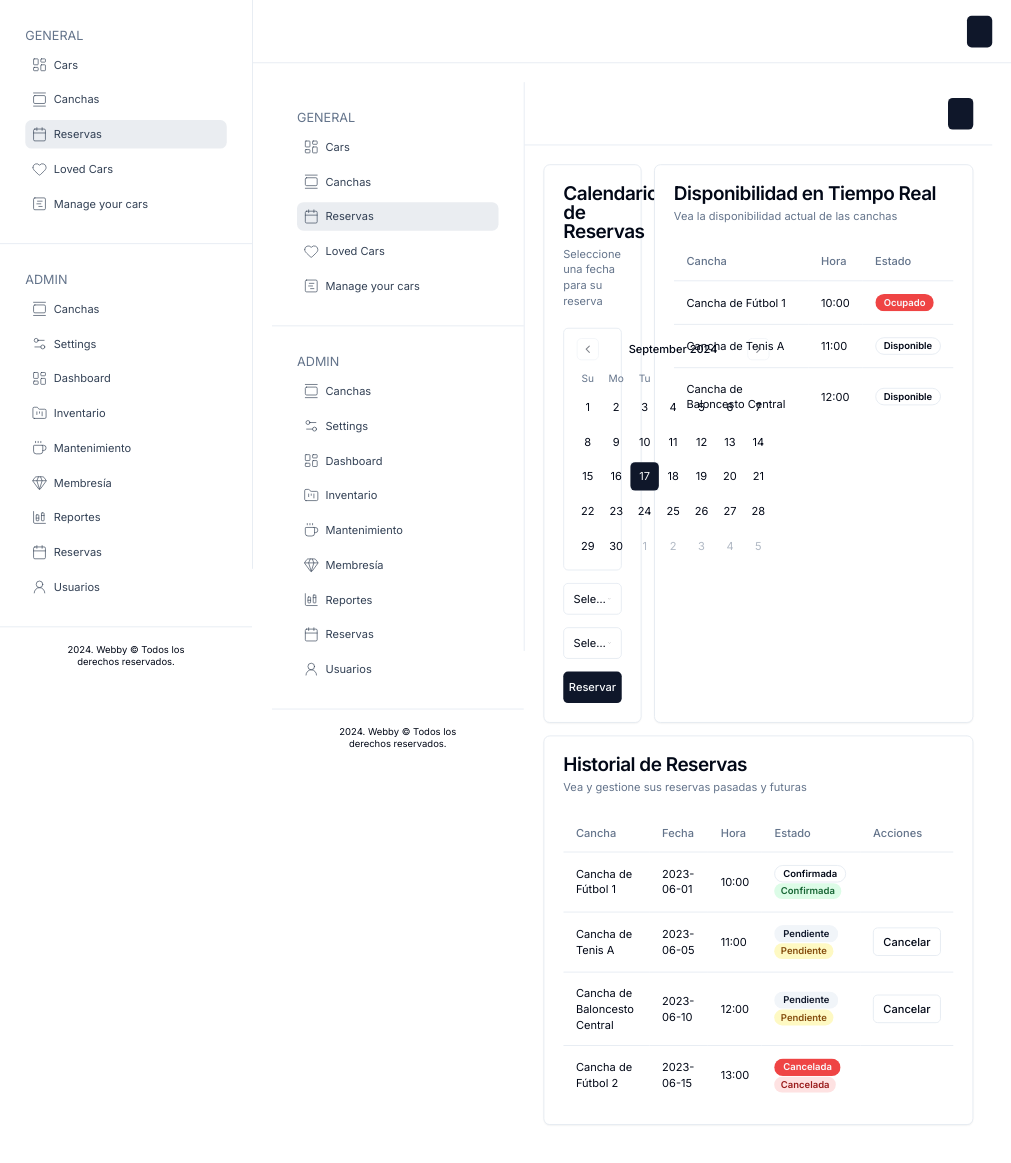
Repository: Jackson-sch/cdeporte
Page: /reservas
These files come from the project's save history. The page is drawn as it stood at one moment and after the next save; the edit follows.
The browser window is 1280 px wide. The pictures show the whole page, at 79% of full size.
The project was rebuilt for these pictures with package versions that can differ from the ones it lists, and the page was loaded fresh each time. The framework's server and built-in components were replaced by stand-ins that run in the browser. Also part of the build but not shown: next.config.mjs, src/components/ui/label.jsx, src/components/ui/input.jsx, src/components/Reservas/HistorialReserva.jsx.

Above is the page before, as saved 2024-09-17 20:19:35.

After the next save:
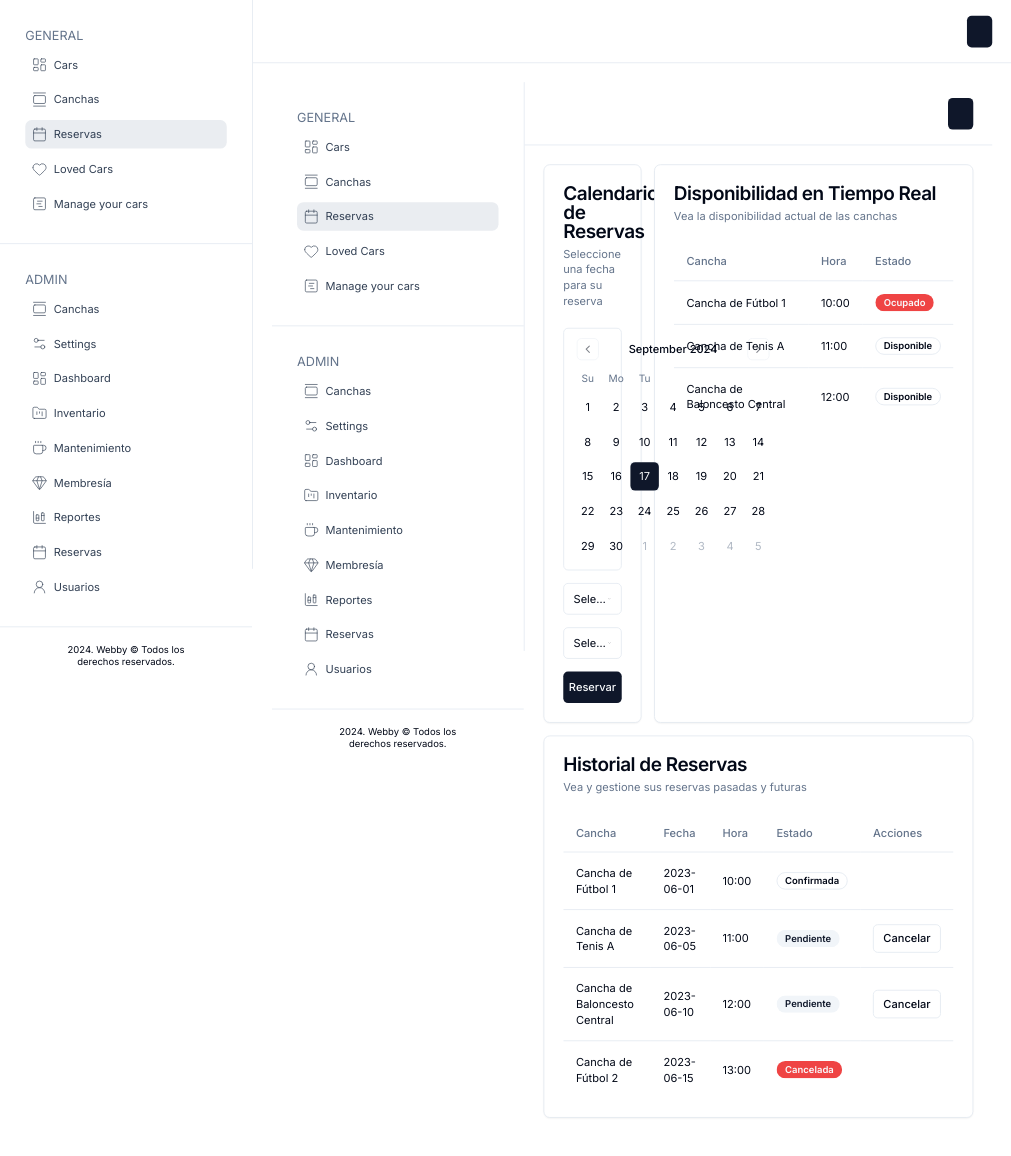
Saved 18 s later.
--- a/src/components/Reservas/ReservationHistory.jsx
+++ b/src/components/Reservas/ReservationHistory.jsx
@@ -108,18 +108,6 @@ export default function ReservationHistory() {
                   >
                     {reservation.status}
                   </Badge>
-                  <span
-                    className={`px-2 inline-flex text-xs leading-5 font-semibold rounded-full
-                    ${
-                      reservation.status === "Confirmada"
-                        ? "bg-green-100 text-green-800"
-                        : reservation.status === "Cancelada"
-                        ? "bg-red-100 text-red-800"
-                        : "bg-yellow-100 text-yellow-800"
-                    }`}
-                  >
-                    {reservation.status}
-                  </span>
                 </TableCell>
                 <TableCell>
                   {reservation.status === "Pendiente" && (
